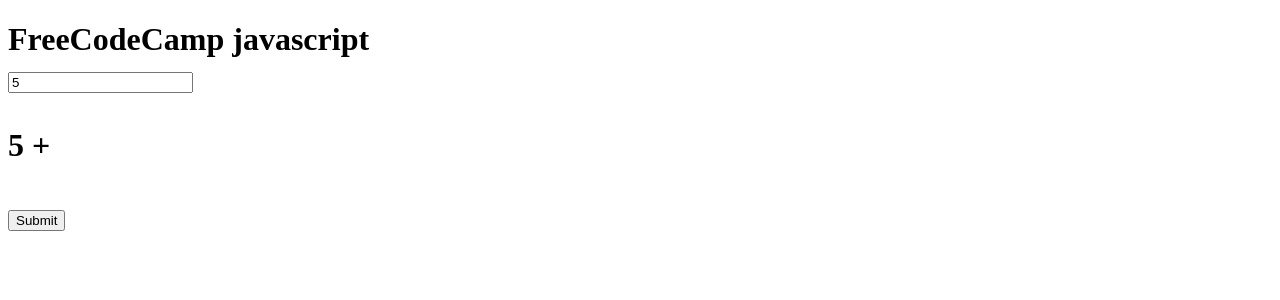
Repository: cuongcay/Clone_YB
Page: FreeCodeCamp.html
An editor plug-in stored every save of this project. The page is shown before and after a run of saves, followed by the edit.
The browser window is 1280 px wide. The pictures show the whole page.
Empty fields were first filled with sample values (such as "Sample", 5 or name@example.com).
After loading, the first visible `#submit` was clicked once.

Above is the page before, as saved 2022-08-02 15:56:29.

### FreeCodeCamp.html
<!DOCTYPE html>
<html lang="en">
<head>
    <meta charset="UTF-8">
    <meta http-equiv="X-UA-Compatible" content="IE=edge">
    <meta name="viewport" content="width=device-width, initial-scale=1.0">
    <title>FreeCodeCamp</title>
</head>
<body>
    <h1>
        FreeCodeCamp javascript
        <div >
            <input type="number" id="input" placeholder="Enter Number">
            <p id="hello">hello</p>
            <input type="submit" id="submit" value="Submit" onclick="submit()">
        </div>
    </h1>

    <script type="text/javascript" src="./FreeCodeCamp.js"></script>
</body>
</html>

### FreeCodeCamp.js
function submit(){
    const input = document.getElementById("input").value;
    const hello = document.getElementById("hello");

    const submit = document.getElementById("submit");

    const mod = input%2;

    if(mod ===1){
        hello.innerHTML = `
            ${input} +
        `
    }else{
        console.log("la so chan");
    }
}

After the next 6 saves:
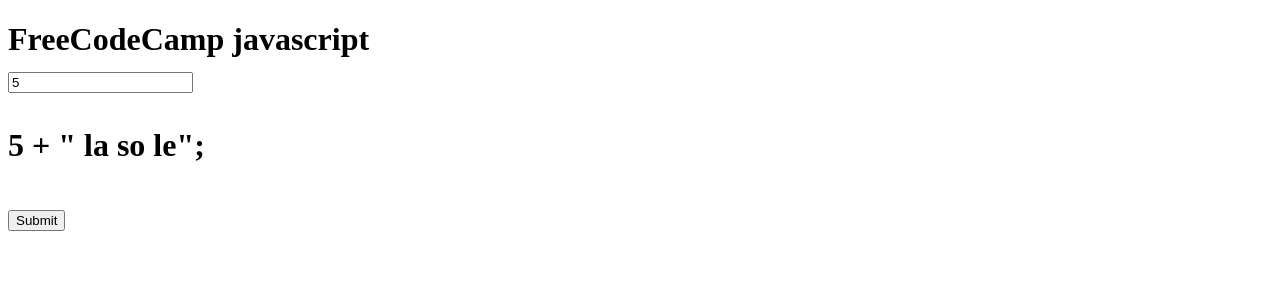
The 6 saves are shown as one change because they came seconds apart.
The last was saved 20 s later.
--- a/FreeCodeCamp.js
+++ b/FreeCodeCamp.js
@@ -8,7 +8,7 @@
 
     if(mod ===1){
         hello.innerHTML = `
-            ${input} +
+            ${input} + " la so le";
         `
     }else{
         console.log("la so chan");
